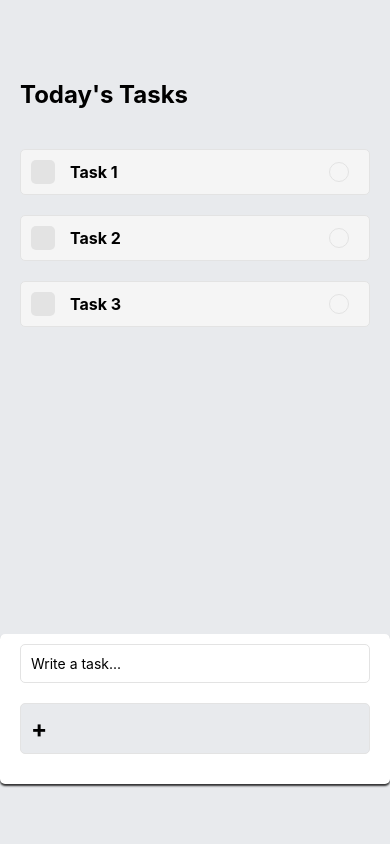
Repository: lomelo-x/ToDo-App
Screen: /
The author's editor kept a copy of each file at every save. The screen is drawn from the files as they stood at one save, then again after the next save.
The app was drawn by React Native's web renderer in a window 390 px wide. The project was rebuilt for these pictures with package versions that can differ from the ones it lists, and the page was loaded fresh each time.

Above is the screen before, as saved 2022-06-17 21:17:57.

After the next save:
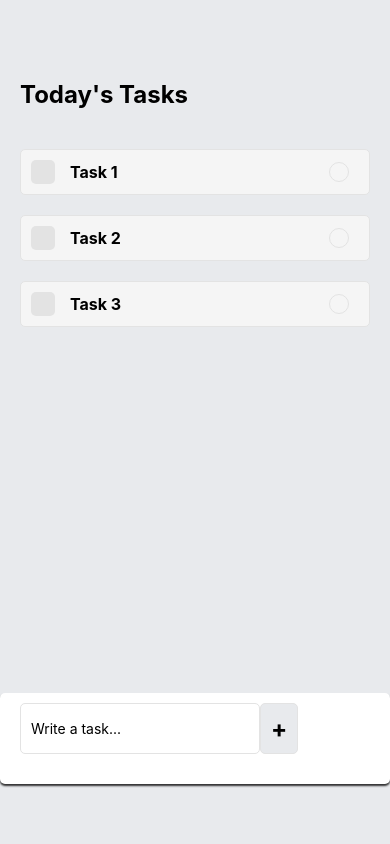
Saved 4 s later.
--- a/App.js
+++ b/App.js
@@ -48,7 +48,7 @@ const styles = StyleSheet.create({
 		position: 'absolute',
 		bottom: 60,
 		width: '100%',
-
+		flexDirection: 'row',
 		paddingHorizontal: 20,
 		paddingVertical: 10,
 		backgroundColor: '#fff',
